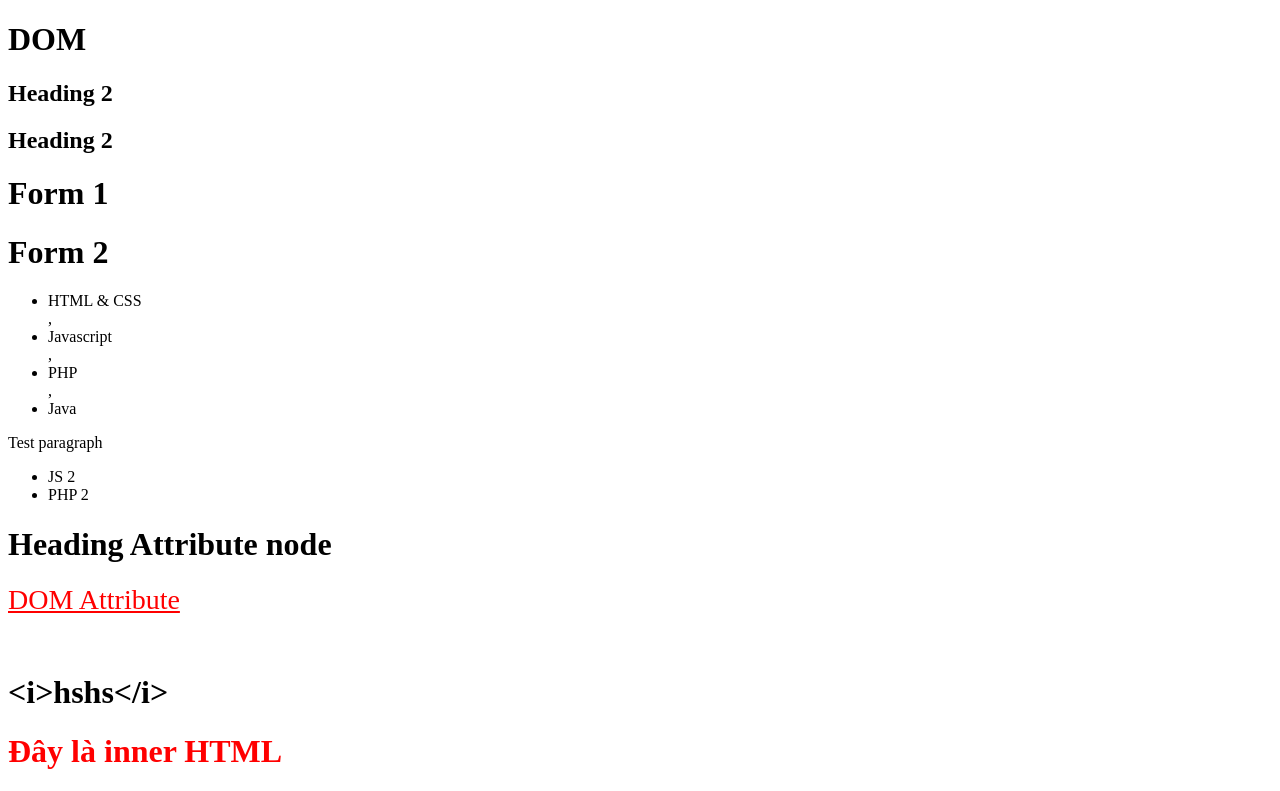
Repository: tannv3201/learn_JS_F8
Page: DOM/index.html
The author's editor kept a copy of each file at every save. The page is drawn from the files as they stood at one save, then again after the next save.
The browser window is 1280 px wide. The pictures show the whole page.

Above is the page before, as saved 2022-08-08 13:20:28.
Console error: TypeError: Cannot set properties of null (setting 'innerHTML')

### DOM/index.html
<!DOCTYPE html>
<html lang="en">

<head>
  <meta charset="UTF-8" />
  <meta http-equiv="X-UA-Compatible" content="IE=edge" />
  <meta name="viewport" content="width=device-width, initial-scale=1.0" />
  <title>DOM</title>
</head>

<body>
  <h1 id="heading">DOM</h1>
  <h2 class="sub-heading"></h2>
  <h2 class="sub-heading"></h2>
  <h2 class="sub-heading"></h2>
  <p></p>
  <p></p>
  <div class="box">
    <h2 class="heading-2">Heading 2</h2>
    <h2 class="heading-2">Heading 2</h2>
  </div>

  <form action="" id="form1">
    <h1>Form 1</h1>
  </form>
  <form action="" id="form2">
    <h1>Form 2</h1>
  </form>

  <a href="" name="youtube"></a>

  <div class="box-1">
    <ul>
      <li>JS 1</li>
      <li>PHP 1</li>
    </ul>
    <p>Test paragraph</p>
  </div>
  <div class="box-2">
    <ul>
      <li>JS 2</li>
      <li>PHP 2</li>
    </ul>
  </div>

  <div class="box-attr">
    <h1 id="heading-attr" class="heading-attr" title="Heading">
      Heading Attribute node
    </h1>
  </div>

  <a id="dom-attr" contenteditable="">
    DOM Attribute
  </a>

  <h1 class="heading-innertext">
    Heading Text
    <style>
      .boxx {
        width: 100px;
        height: 100px;
      }
    </style>
  </h1>

  <!-- innerHTML & outerHTML -->
  <div class="box-element">

  </div>
  <ul class="courses-list">

  </ul>
  <script src="./main.js"></script>
</body>

</html>

### DOM/main.js
/**
 * DOM:
  Là quy chuẩn mô tả mô hình của các thành phần trong tài liệu HTML được đưa ra bởi W3C.
 - DOM (Document Object Model) có 3 thành phần:
    1. Element
    2. Attribute
    3. Text
 */

/**
 * DOM API
 Là bộ API nằm trong Web API có mặt trên những môi trường hỗ trợ duyệt web - như trên trình duyệt. DOM API cung cấp các đối tượng và phương thức hỗ trợ truy xuất, chỉnh sửa các đối tượng / thành phần trong DOM.
 */

/**
 * JS cung cấp phương tiện truy xuất HTML DOM
 * JS: Brower | Server (NodeJS)
 * Brower: HTML -> DOM -> DOM API
 * API: Application Programming Interface
 */

/**
 * Document object
 */

// Get element methods
// ID
// var headingNode = document.getElementById('heading')
// console.log(headingNode)

// query selector
var headingNode = document.querySelector('.box .heading-2:nth-child(2)')
console.log('querySelector', headingNode)

var headingNodes = document.querySelectorAll('.heading-2')
console.log('querySelectorAll', headingNodes)
console.log('querySelectorAll[]',headingNodes[0])

// Collection (a, form, images, ...)
console.log('document.forms[\'form1\']',document.forms['form1'])
console.log('document.forms',document.forms)
console.log('document.forms.form2', document.forms.form2)
console.log('document.anchors',document.anchors) // trả về các thẻ a có attribute name=""


// class: lấy ra số nhiều (mảng)
var subHeadingNodes = document.getElementsByClassName('sub-heading')
console.log('getElementsByClassName', subHeadingNodes)

// tag : tương tự như class
var tagName = document.getElementsByTagName('p')
console.log(tagName)


// Ví dụ
var boxNode =
    document.querySelector('.box-1');
// Công việc 1: sử dụng `boxNode`
console.log(boxNode)

// Công việc 2: sử dụng tới các li element là con của `.box-1`
console.log(boxNode.querySelectorAll('li'))
console.log(boxNode.querySelector('p'))

// 1. getElementById: trả về trực tiếp Element
// 2. getElementsByClassName: trả về HTMLCollection (mảng), muốn get Element phải dùng index []
console.log('querySelectorAll[]',headingNodes[0])
// 3. getElementsByTagName: trả về HTMLCollection (mảng)
// 4. querySelector: trả về trực tiếp Element
// 5. querySelectorAll: trả về NodeList
// 6. HTML Collection (form, a, images, ...)
console.log('document.forms',document.forms)
console.log('document.forms[\'form1\']',document.forms['form1'])
console.log('document.forms[O]',document.forms[0])
console.log('document.forms.form2', document.forms.form2)

// 7. document.write: in ra ngay sau khi được thực thi

//*******************************************************************

// Attribute node & Text node
// Được lấy ra từ node Element

// ******************************************************************
// DOM attributes

// seter: set giá trị bằng toán tử gán
var domAttr = document.querySelector('#dom-attr')
domAttr.title = 'heading' //chỉ xuất hiện khi js được thực thi
domAttr.className = 'className'
domAttr.href = '#'
console.log(domAttr)

// Set attribute không hợp lệ cho một Element nào đó (set tùy biến)
// setAttribute(tên attr, giá trị của attr)
domAttr.setAttribute('alt', '#')

// get value của attribute
// Được thêm HTML hay JS element tồn tại trong DOM -> đều có thể get được
//
console.log(domAttr.getAttribute('id'))
console.log(domAttr.getAttribute('title'))
console.log(domAttr.title) // chỉ dùng khi attribute hợp lệ
domAttr.setAttribute('style','font-size:28px; color:red;')


// *****************************************************************
// InnerText vs textContent Property:

// innerText: là thuộc tính của ElementNode (phải đi qua Node này)
// innerText:
// Chỉ lấy ra những gì hiển thị trên trình duyệt
// dùng ES6 ``. các khoảng cách sẽ chuyển thành thẻ <br>
var headingElement = document.querySelector('.heading-innertext')
console.log('inner Text: ',headingElement.innerText)
// headingElement.innerText = 'New Heading'

// textContent
// Bỏ qua các tag nhưng vẫn Lấy ra khoảng cách thực sự của Element, kể cả là css
// dùng ES6 ``. vẫn hiển thị khoảng cách nhưng HTML không hiểu

console.log('text Content: ',headingElement.textContent)
 headingElement.innerText = `
 <i>hshs</i>`
console.log('inner Text: ',headingElement.innerText)


// ******************************************************************
// Thêm attributeNode, textNode, Element vào trong 1 Element trong DOM
// innerHTML & outerHTML là 2 thuộc tính của ElementNode
// InnerHTML
    var boxElement = document.querySelector('.box-element');
    boxElement.innerHTML = '<h1 style="color:red;">Đây là inner HTML</h1>' //Thêm trực tiếp dưới dạng ElementNode, bỏ tag đi sẽ thành textNode
    console.log(boxElement.querySelector('h1').innerText)

// OuterHTML

    // Bài tập
    var coursess = ['HTML & CSS', 'Javascript', 'PHP', 'Java']

    function render(courses) {
        const ul = document.querySelector('ul');
        const output = courses.map((items)=>{
            return `<li>${items}</li>`
        })
        // output.join('') có hoặc k đều được
        ul.innerHTML = output

    }
    render(coursess)

    // ****************************************
    // Node properties
    console.log(boxElement.baseURI)

    // *********************
// DOM Style
var boxElement2 = document.querySelector('.box-elemenet');
boxElement2.innerHTML = '<h1>haha</h1>'
console.log(boxElement2)

After the next save:
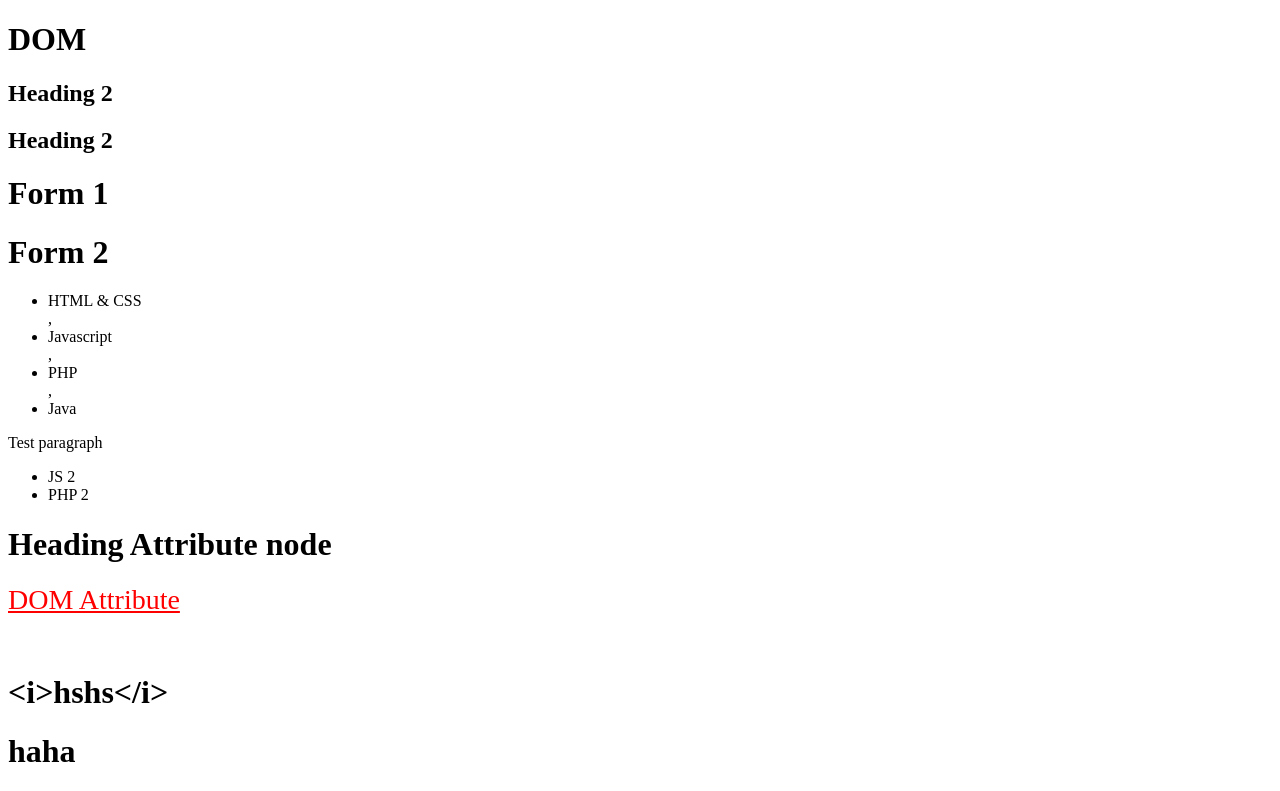
The error is gone.
Saved 17 s later.
--- a/DOM/main.js
+++ b/DOM/main.js
@@ -155,6 +155,6 @@ console.log('inner Text: ',headingElement.innerText)
 
     // *********************
 // DOM Style
-var boxElement2 = document.querySelector('.box-elemenet');
+var boxElement2 = document.querySelector('.box-element');
 boxElement2.innerHTML = '<h1>haha</h1>'
 console.log(boxElement2)
